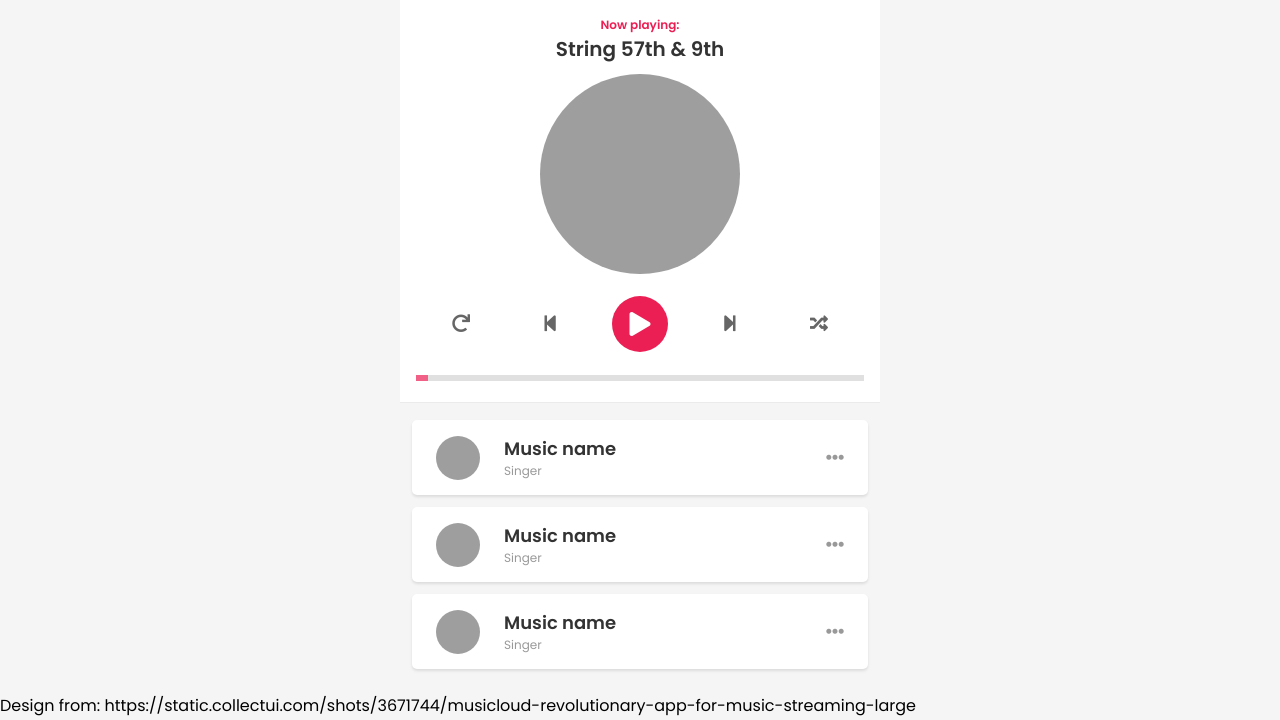
Repository: KienCao2000/demo-music
Page: index.html
The author's editor kept a copy of each file at every save. The page is drawn from the files as they stood at one save, then again after the next save.
The browser window is 1280 px wide. The pictures show the whole page.
Pictures or frames that could not be fetched are drawn as grey boxes.

Above is the page before, as saved 2022-02-24 23:03:45.

### index.html
<!DOCTYPE html>
<html lang="en">
<head>
    <meta charset="UTF-8">
    <meta http-equiv="X-UA-Compatible" content="IE=edge">
    <meta name="viewport" content="width=device-width, initial-scale=1.0">
    <title>Music player</title>
    <link rel="stylesheet" href="https://cdnjs.cloudflare.com/ajax/libs/font-awesome/5.15.2/css/all.min.css" integrity="sha512-HK5fgLBL+xu6dm/Ii3z4xhlSUyZgTT9tuc/hSrtw6uzJOvgRr2a9jyxxT1ely+B+xFAmJKVSTbpM/CuL7qxO8w==" crossorigin="anonymous" />
    <link rel="preconnect" href="https://fonts.gstatic.com">
    <link href="https://fonts.googleapis.com/css2?family=Poppins:wght@300;400;600&display=swap" rel="stylesheet">
    <link rel="stylesheet" href="./css/style.css">
</head>
<body>
    <div class="player">
        <!-- Dashboard -->
        <div class="dashboard">
          <!-- Header -->
          <header>
            <h4>Now playing:</h4>
            <h2>String 57th & 9th</h2>
          </header>

          <!-- CD -->
          <div class="cd">
            <div class="cd-thumb" style="background-image: url('https://i.ytimg.com/vi/jTLhQf5KJSc/maxresdefault.jpg')">
            </div>
          </div>

          <!-- Control -->
          <div class="control">
            <div class="btn btn-repeat">
              <i class="fas fa-redo"></i>
            </div>
            <div class="btn btn-prev">
              <i class="fas fa-step-backward"></i>
            </div>
            <div class="btn btn-toggle-play">
              <i class="fas fa-pause icon-pause"></i>
              <i class="fas fa-play icon-play"></i>
            </div>
            <div class="btn btn-next">
              <i class="fas fa-step-forward"></i>
            </div>
            <div class="btn btn-random">
              <i class="fas fa-random"></i>
            </div>
          </div>

          <input id="progress" class="progress" type="range" value="0" step="1" min="0" max="100">

          <audio id="audio" src=""></audio>
        </div>

        <!-- Playlist -->
        <div class="playlist">
          <div class="song">
            <div class="thumb" style="background-image: url('https://i.ytimg.com/vi/jTLhQf5KJSc/maxresdefault.jpg')">
            </div>
            <div class="body">
              <h3 class="title">Music name</h3>
              <p class="author">Singer</p>
            </div>
            <div class="option">
              <i class="fas fa-ellipsis-h"></i>
            </div>
          </div>
          <div class="song">
            <div class="thumb" style="background-image: url('https://i.ytimg.com/vi/jTLhQf5KJSc/maxresdefault.jpg')">
            </div>
            <div class="body">
              <h3 class="title">Music name</h3>
              <p class="author">Singer</p>
            </div>
            <div class="option">
              <i class="fas fa-ellipsis-h"></i>
            </div>
          </div>
          <div class="song">
            <div class="thumb" style="background-image: url('https://i.ytimg.com/vi/jTLhQf5KJSc/maxresdefault.jpg')">
            </div>
            <div class="body">
              <h3 class="title">Music name</h3>
              <p class="author">Singer</p>
            </div>
            <div class="option">
              <i class="fas fa-ellipsis-h"></i>
            </div>
          </div>
        </div>
    </div>
    <script>
        /**
         * 1. Render songs
         * 2. Scroll top
         * 3. Play / pause / seek
         * 4. CD rotate
         * 5. Next / prev
         * 6. Random
         * 7. Next / Repeat when ended
         * 8. Active song
         * 9. Scroll active song into view
         * 10. Play song when click
        */

        const $ = document.querySelector.bind(document);
        const $$ = document.querySelectorAll.bind(document);

        const app = {
          songs: [
            {
              name: 'Ngày đầu tiên',
              singer: 'Đức Phúc',
              path: './music/song1.mp3',
              img: './img/song1.png'
            },
            {
              name: 'Yêu đương khó quá thì chạy về khóc với anh',
              singer: 'Erik',
              path: './music/song2.mp3',
              img: './img/song2.png'
            },
            {
              name: 'Chạy về nơi anh',
              singer: 'Khắc Việt',
              path: './music/song3.mp3',
              img: './img/song3.png'
            },
            {
              name: 'Câu hứa chưa vẹn tròn',
              singer: 'Phát Huy T4',
              path: './music/song4.mp3',
              img: './img/song4.png'
            },
            {
              name: 'Hoa tàn tình tan',
              singer: 'Giang Jolee',
              path: './music/song5.mp3',
              img: './img/song5.png'
            },
            {
              name: 'Câu hẹn câu thề',
              singer: 'Đình Dũng',
              path: './music/song6.mp3',
              img: './img/song6.png'
            },
            {
              name: 'Đế Vương',
              singer: 'Đình Dũng, ACV',
              path: './music/song7.mp3',
              img: './img/song7.png'
            },
            {
              name: 'Sài Gòn đau lòng quá',
              singer: 'Hứa Kim Tuyền',
              path: './music/song8.mp3',
              img: './img/song8.png'
            },
            {
              name: 'Tình thương phu thê',
              singer: 'Chí Hướng',
              path: './music/song9.mp3',
              img: './img/song9.png'
            },
            {
              name: 'Cưới thôi',
              singer: 'Bray, Masew',
              path: './music/song10.mp3',
              img: './img/song10.png'
            },
          ],
          render: function() {
            console.log(123)
          },
          start: function() {
            this.render()
          }
        }
    </script>
     Design from: https://static.collectui.com/shots/3671744/musicloud-revolutionary-app-for-music-streaming-large
</body>
</html>

### css/style.css
:root {
    --primary-color: #ec1f55;
    --text-color: #333;
}

*{
    padding: 0;
    margin: 0;
    box-sizing: inherit;
}

body {
    background-color: #f5f5f5;
}

html {
    box-sizing: border-box;
    font-family: "Poppins", sans-serif;
}

.player {
    position: relative;
    max-width: 480px;
    margin: 0 auto;
}

.player .icon-pause {
    display: none;
}

.player.playing .icon-pause {
    display: inline-block;
}

.player.playing .icon-play {
    display: none;
}
.dashboard {
    padding: 16px 16px 14px;
    background-color: #fff;
    position: fixed;
    top: 0;
    width: 100%;
    max-width: 480px;
    border-bottom: 1px solid #ebebeb;
}

  /* HEADER */
header {
    text-align: center;
    margin-bottom: 10px;
}

header h4 {
    color: var(--primary-color);
    font-size: 12px;
}

header h2 {
    color: var(--text-color);
    font-size: 20px;
}

  /* CD */
.cd {
    display: flex;
    margin: auto;
    width: 200px;
  }

.cd-thumb {
    width: 100%;
    padding-top: 100%;
    border-radius: 50%;
    background-color: #333;
    background-size: cover;
    margin: auto;
}

  /* CONTROL */
.control {
    display: flex;
    align-items: center;
    justify-content: space-around;
    padding: 18px 0 8px 0;
}

.control .btn {
    color: #666;
    padding: 18px;
    font-size: 18px;
  }

.control .btn.active {
    color: var(--primary-color);
  }

.control .btn-toggle-play {
    width: 56px;
    height: 56px;
    border-radius: 50%;
    font-size: 24px;
    color: #fff;
    display: flex;
    align-items: center;
    justify-content: center;
    background-color: var(--primary-color);
}

.progress {
    width: 100%;
    -webkit-appearance: none;
    height: 6px;
    background: #d3d3d3;
    outline: none;
    opacity: 0.7;
    -webkit-transition: 0.2s;
    transition: opacity 0.2s;
}

.progress::-webkit-slider-thumb {
    -webkit-appearance: none;
    appearance: none;
    width: 12px;
    height: 6px;
    background-color: var(--primary-color);
    cursor: pointer;
}

  /* PLAYLIST */
  .playlist {
    margin-top: 408px;
    padding: 12px;
}

.song {
    display: flex;
    align-items: center;
    margin-bottom: 12px;
    background-color: #fff;
    padding: 8px 16px;
    border-radius: 5px;
    box-shadow: 0 2px 3px rgba(0, 0, 0, 0.1);
}

.song.active {
    background-color: var(--primary-color);
}

.song:active {
    opacity: 0.8;
}

  .song.active .option,
  .song.active .author,
  .song.active .title {
    color: #fff;
}

.song .thumb {
    width: 44px;
    height: 44px;
    border-radius: 50%;
    background-size: cover;
    margin: 0 8px;
}

.song .body {
    flex: 1;
    padding: 0 16px;
}

  .song .title {
    font-size: 18px;
    color: var(--text-color);
}

.song .author {
    font-size: 12px;
    color: #999;
}

.song .option {
    padding: 16px 8px;
    color: #999;
    font-size: 18px;
}

After the next save:
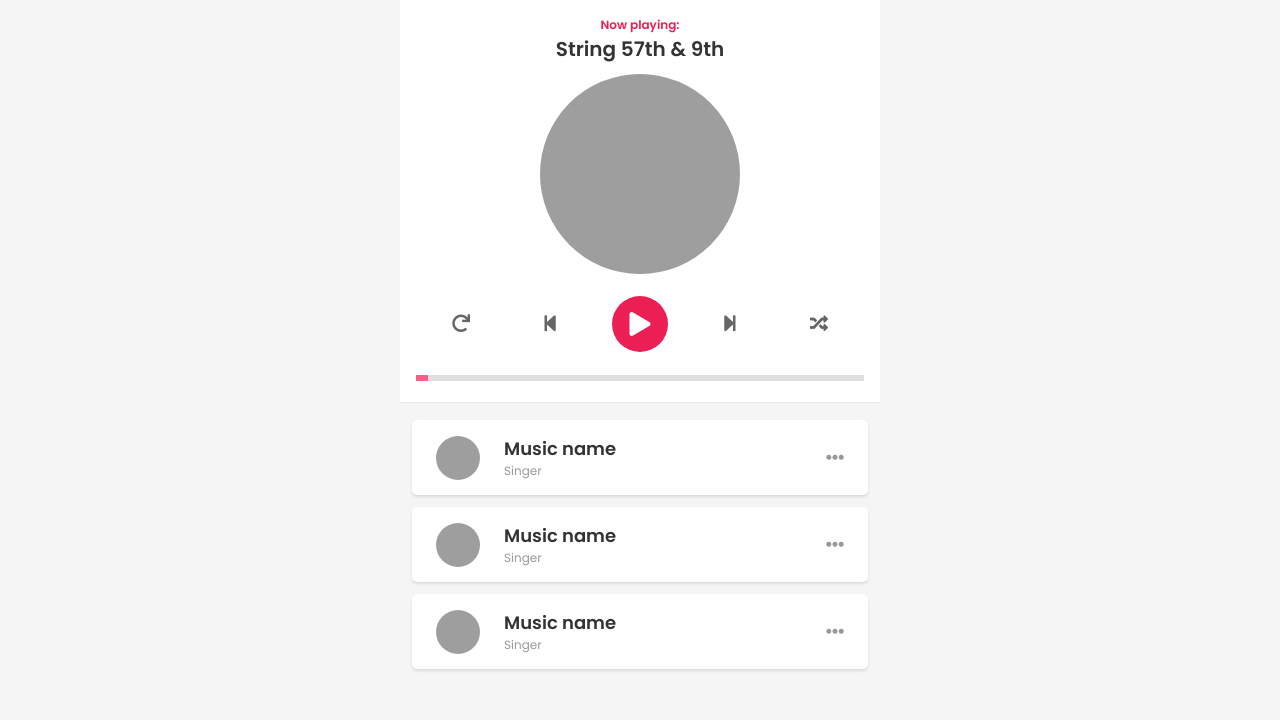
Saved 10 s later.
--- a/index.html
+++ b/index.html
@@ -176,6 +176,5 @@
           }
         }
     </script>
-     Design from: https://static.collectui.com/shots/3671744/musicloud-revolutionary-app-for-music-streaming-large
 </body>
 </html>
